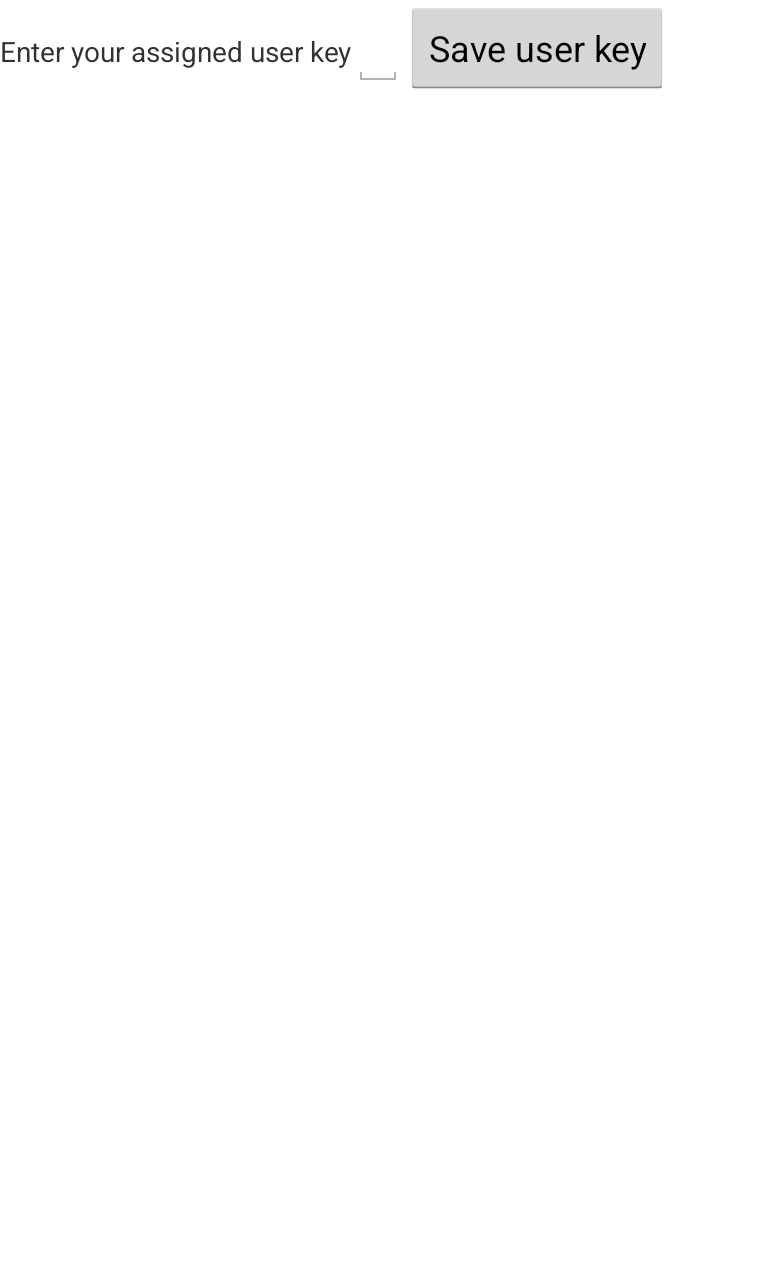
Repository: harvard-lil/wtwba-android-app
Layout: wtwba/res/layout/activity_manage_user.xml
The author's editor kept a copy of each file at every save. The layout is drawn from the files as they stood at one save, then again after the next save.
It is drawn on a 768 x 1280 px phone screen (xhdpi) without system bars, with theme AppTheme; the app's code is not run.

Above is the layout before, as saved 2013-03-11 16:25:45.

### wtwba/res/layout/activity_manage_user.xml
<?xml version="1.0" encoding="utf-8"?>
<LinearLayout xmlns:android="http://schemas.android.com/apk/res/android"
    xmlns:tools="http://schemas.android.com/tools"
    android:layout_width="match_parent"
    android:layout_height="match_parent"
    android:orientation="horizontal">

    <TextView
        android:layout_width="wrap_content"
        android:layout_height="wrap_content"
        android:text="@string/user_name_box_label"
         />

    <EditText
            android:id="@+id/user_name"
            android:layout_width="wrap_content"
            android:layout_height="wrap_content"

            android:inputType="text" >
        </EditText>

    <Button
        android:layout_width="wrap_content"
        android:layout_height="wrap_content"
        android:text="@string/button_save_user_name"
    	android:onClick="set_user_name" />
</LinearLayout>

### wtwba/res/values/strings.xml
<?xml version="1.0" encoding="utf-8"?>
<resources>

    <string name="app_name">wtwba</string>
    <string name="main_activity_title">Wild Books | Home</string>
    <string name="activity_item_details_title">Wild Books | New Item Details</string>
    <string name="activity_scan_title">Wild Books | Scan New Item</string>
    <string name="activity_manage_user_title">Wild Books | Manage User</string>

    <string name="user_name_box_label">Enter your assigned user key</string>
    <string name="edit_message">Enter a message</string>
    <string name="button_scan">Scan</string>
    <string name="button_add">Add to list</string>
    <string name="button_save_user_name">Save user key</string>
    <string name="menu_settings">Settings</string>
    <string name="title_activity_main">MainActivity</string>
    <string name="hello_world">Hello world!</string>
    <string name="title_holder">Sample Title Here</string>
    <string name="connection_error">Unable to connect to network</string>
    <string name="title_activity_display_message">DisplayMessageActivity</string>
    <string name="empty_list">You haven\'t added any items.</string>

</resources>

Loaded but not shown: wtwba/res/values-v11/styles.xml (common file); wtwba/res/values-v14/styles.xml (common file); wtwba/res/values/styles.xml (common file)

After the next save:
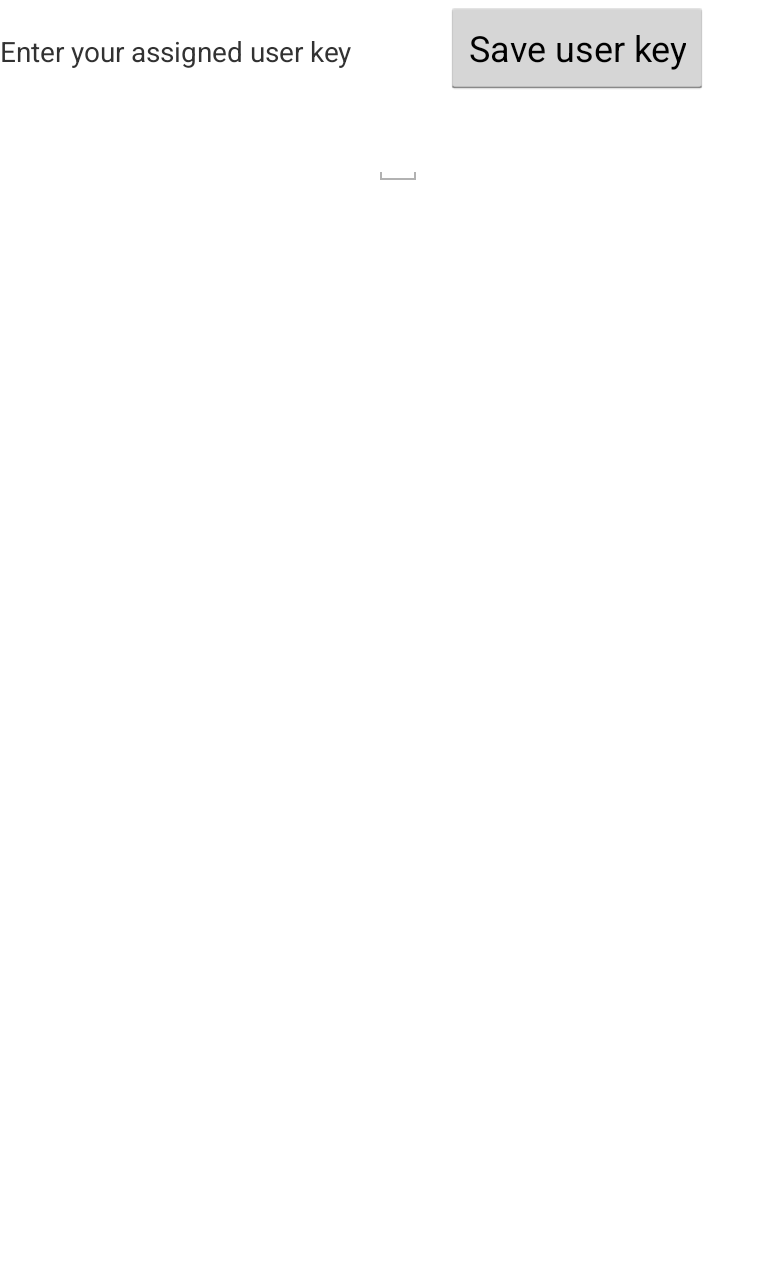
Saved 6 s later.
--- a/wtwba/res/layout/activity_manage_user.xml
+++ b/wtwba/res/layout/activity_manage_user.xml
@@ -15,7 +15,9 @@
             android:id="@+id/user_name"
             android:layout_width="wrap_content"
             android:layout_height="wrap_content"
-
+            android:layout_marginLeft="10dp"
+            android:layout_marginRight="10dp"
+            android:layout_marginTop="50dp"
             android:inputType="text" >
         </EditText>
 

After the save that followed:
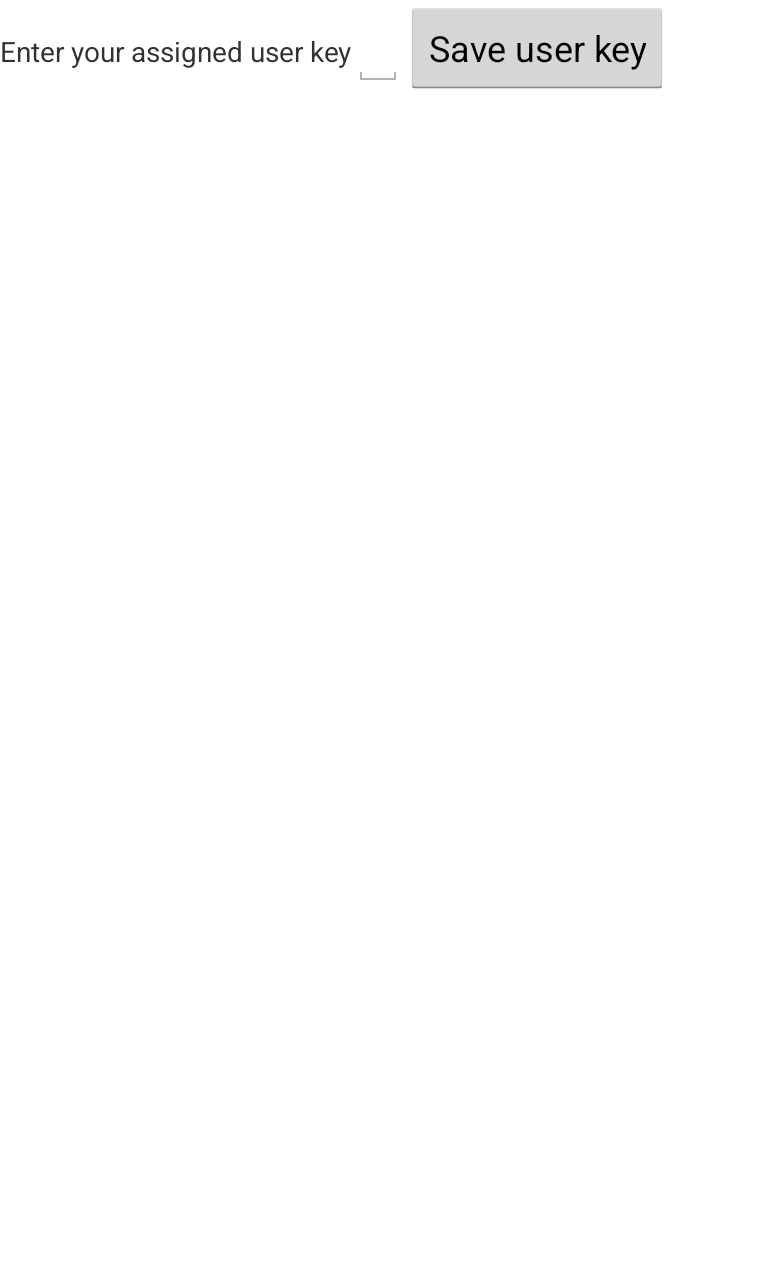
Saved 27 s later.
--- a/wtwba/res/layout/activity_manage_user.xml
+++ b/wtwba/res/layout/activity_manage_user.xml
@@ -15,9 +15,6 @@
             android:id="@+id/user_name"
             android:layout_width="wrap_content"
             android:layout_height="wrap_content"
-            android:layout_marginLeft="10dp"
-            android:layout_marginRight="10dp"
-            android:layout_marginTop="50dp"
             android:inputType="text" >
         </EditText>
 
